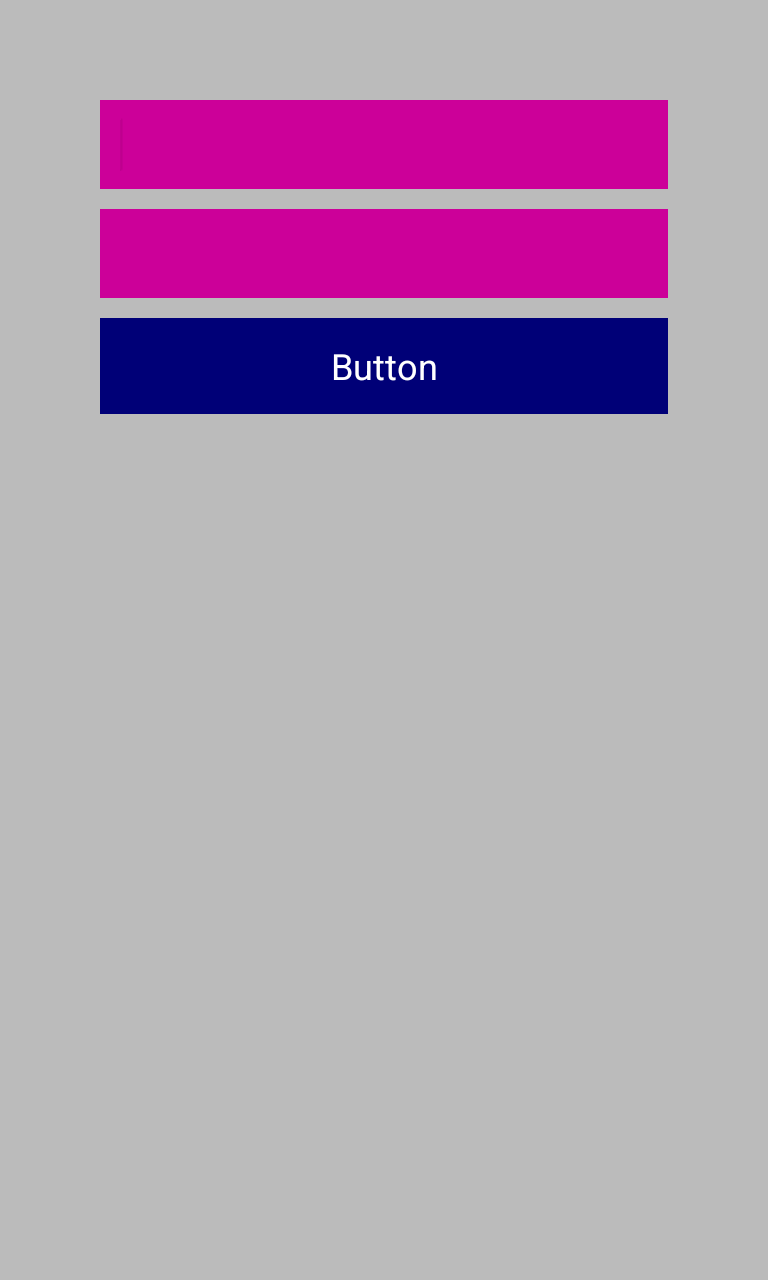
Repository: christianchi/di
Layout: 09 Drawable/UsoDrawNinePatch/res/layout/activity_main.xml
These files come from the project's save history. The layout is drawn as it stood at one moment and after the next save; the edit follows.
It is drawn on a 768 x 1280 px phone screen (xhdpi) without system bars, with theme AppTheme; the app's code is not run.

Above is the layout before, as saved 2014-01-16 08:47:01.

After the next save:
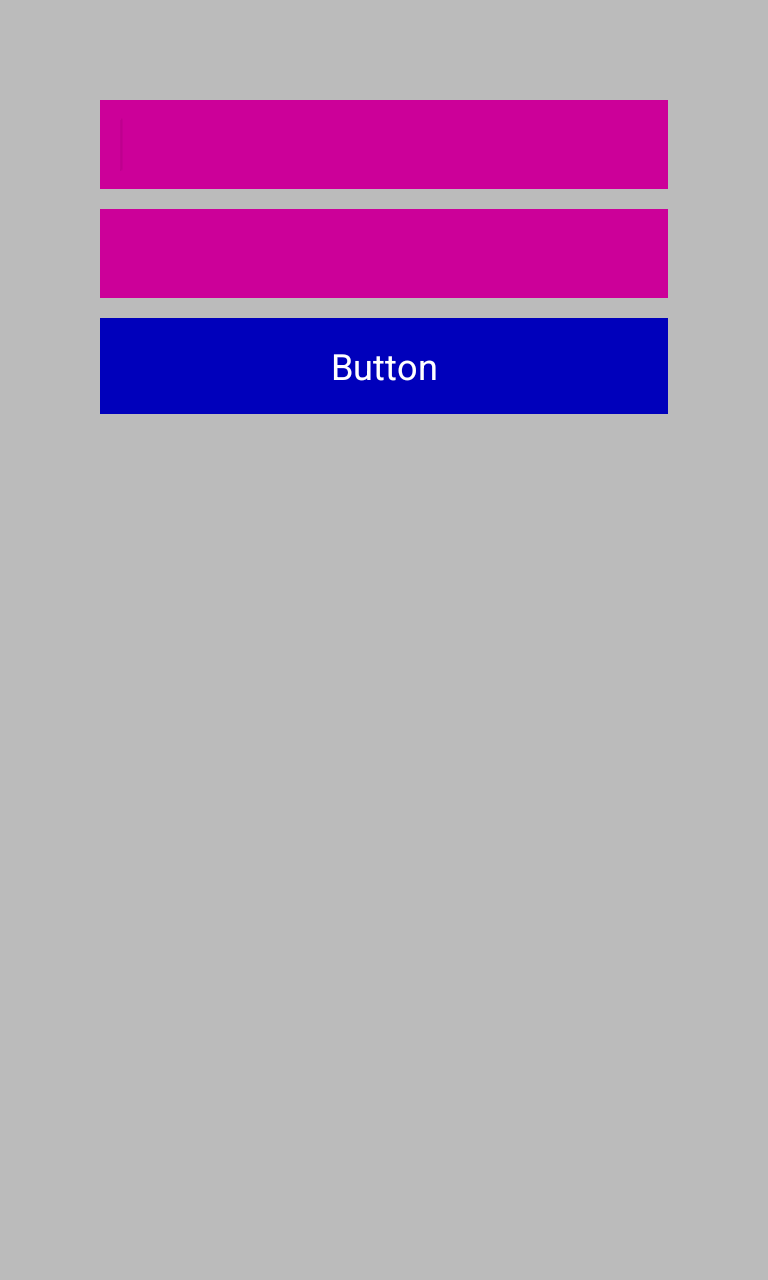
Saved 5 s later.
--- a/09 Drawable/UsoDrawNinePatch/res/layout/activity_main.xml
+++ b/09 Drawable/UsoDrawNinePatch/res/layout/activity_main.xml
@@ -35,6 +35,6 @@
         android:text="Button"
         android:layout_marginTop="10dp"
         android:textColor="#fff"
-        android:background="#007" />
+        android:background="#00b" />
 
 </LinearLayout>
